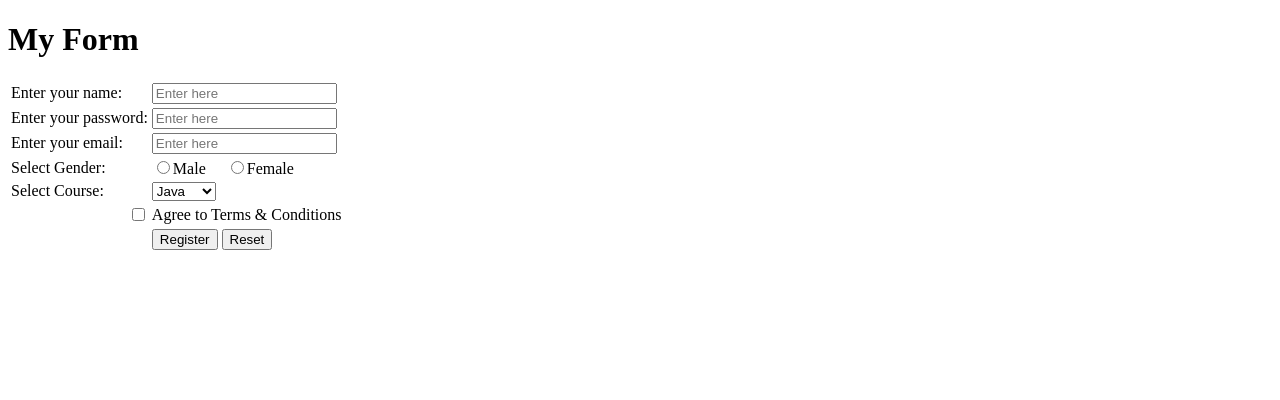
Repository: riddhiwho/Eclipse-Projects
Page: PracticeForm/src/main/webapp/index.html
The author's editor kept a copy of each file at every save. The page is drawn from the files as they stood at one save, then again after the next save.
The browser window is 1280 px wide. The pictures show the whole page.

Above is the page before, as saved 2021-06-03 10:22:18.

### PracticeForm/src/main/webapp/index.html
<!DOCTYPE html>
<html>
<head>
<meta charset="UTF-8">
<title>Form Page</title>
</head>
<body>
	<div class=container>
		<h1>My Form</h1>
		<form action="RegisterServlet" method="post">
			<table>
				<tr>
					<td>Enter your name:</td>
					<td> <input type="text" name="user_name" placeholder="Enter here"/> </td>
				</tr>
				<tr>
					<td>Enter your password:</td>
					<td> <input type="password" name="user_password" placeholder="Enter here"/> </td>
				</tr>
				<tr>
					<td>Enter your email:</td>
					<td> <input type="email" name="user_email" placeholder="Enter here"/> </td>
				</tr>
				<tr>
					<td>Select Gender:</td>
					<td> <input type="radio" name="user_gender" value="male">Male &nbsp; &nbsp; <input type="radio" name="user_gender" value="female">Female</td>
				</tr>
				<tr>
					<td>Select Course:</td>
					<td>
						<select name="user_course">
							<option value="Java">Java</option>
							<option value="Go">Go</option>
							<option value="Rust">Rust</option>
							<option value="Python">Python</option>
						</select>
					</td>
				</tr>
				<tr>
					<td style="text-align: right;">
						<input type="checkbox" value="checked" name="condition" />
					</td>
					<td>Agree to Terms & Conditions</td>
				</tr>
				<tr>
					<td></td>
					<td>
						<button type="submit">Register</button>
						<button type="reset">Reset</button>
					</td>
				</tr>
			</table>

		</form>
	</div>
</body>
</html>

After the next save:
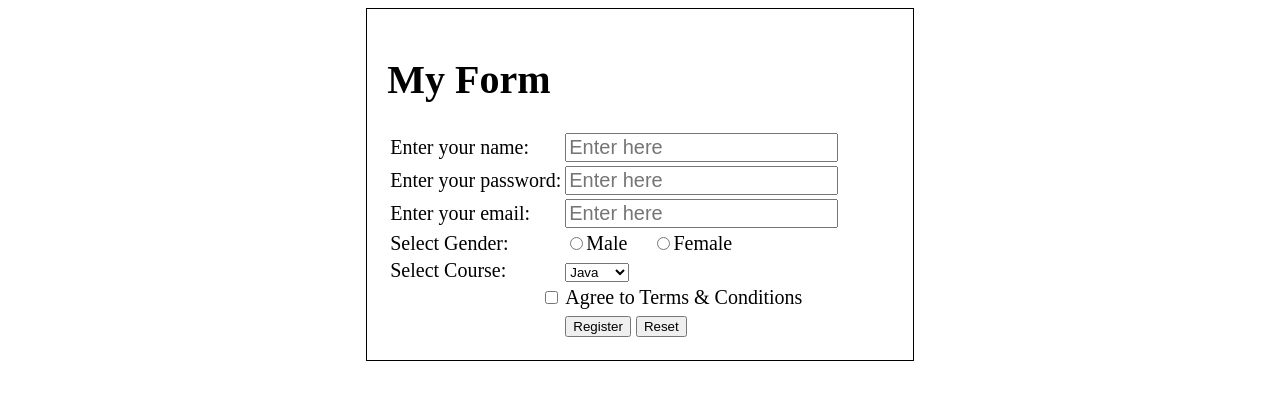
Saved 4 min 8 s later.
--- a/PracticeForm/src/main/webapp/index.html
+++ b/PracticeForm/src/main/webapp/index.html
@@ -3,11 +3,26 @@
 <head>
 <meta charset="UTF-8">
 <title>Form Page</title>
+<style>
+	.container{
+		width: 40%;
+		border: 1px solid black;
+		margin: auto;
+		padding: 20px;
+		font-size: 20px;
+	}
+
+	#myform table tr td input{
+		font-size: 20px;
+	}
+
+</style>
+
 </head>
 <body>
 	<div class=container>
 		<h1>My Form</h1>
-		<form action="RegisterServlet" method="post">
+		<form id="myform" action="RegisterServlet" method="post">
 			<table>
 				<tr>
 					<td>Enter your name:</td>
